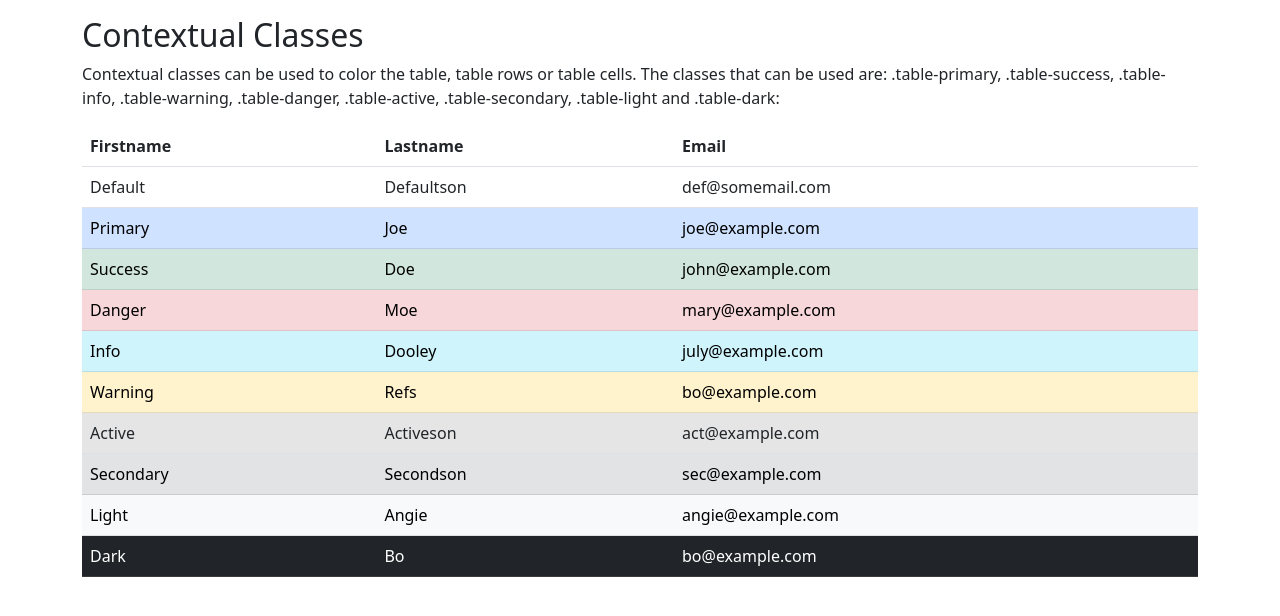
Repository: Hugh-KR/JSP_Project
Page: JSP_Project/src/main/webapp/product.html
These files come from the project's save history. The page is drawn as it stood at one moment and after the next save; the edit follows.
The browser window is 1280 px wide. The pictures show the whole page.

Above is the page before, as saved 2022-11-08 00:51:13.

### JSP_Project/src/main/webapp/product.html
<!DOCTYPE html>
<html>
<head>
<meta charset="UTF-8">
<title>Insert title here</title>
<!-- CDN방식으로 연결하자! -->
<meta name="viewport" content="width=device-width, initial-scale=1">
  <link href="https://cdn.jsdelivr.net/npm/bootstrap@5.2.2/dist/css/bootstrap.min.css"
  rel="stylesheet">
  <script src="https://cdn.jsdelivr.net/npm/bootstrap@5.2.2/dist/js/bootstrap.bundle.min.js"></script>
</head>
<div class="container mt-3">
  <h2>Contextual Classes</h2>
  <p>Contextual classes can be used to color the table, table rows or table cells. The classes that can be used are: .table-primary, .table-success, .table-info, .table-warning, .table-danger, .table-active, .table-secondary, .table-light and .table-dark:</p>
  <table class="table">
    <thead>
      <tr>
        <th>Firstname</th>
        <th>Lastname</th>
        <th>Email</th>
      </tr>
    </thead>
    <tbody>
      <tr>
        <td>Default</td>
        <td>Defaultson</td>
        <td>def@somemail.com</td>
      </tr>
      <tr class="table-primary">
        <td>Primary</td>
        <td>Joe</td>
        <td>joe@example.com</td>
      </tr>
      <tr class="table-success">
        <td>Success</td>
        <td>Doe</td>
        <td>john@example.com</td>
      </tr>
      <tr class="table-danger">
        <td>Danger</td>
        <td>Moe</td>
        <td>mary@example.com</td>
      </tr>
      <tr class="table-info">
        <td>Info</td>
        <td>Dooley</td>
        <td>july@example.com</td>
      </tr>
      <tr class="table-warning">
        <td>Warning</td>
        <td>Refs</td>
        <td>bo@example.com</td>
      </tr>
      <tr class="table-active">
        <td>Active</td>
        <td>Activeson</td>
        <td>act@example.com</td>
      </tr>
      <tr class="table-secondary">
        <td>Secondary</td>
        <td>Secondson</td>
        <td>sec@example.com</td>
      </tr>
      <tr class="table-light">
        <td>Light</td>
        <td>Angie</td>
        <td>angie@example.com</td>
      </tr>
      <tr class="table-dark">
        <td>Dark</td>
        <td>Bo</td>
        <td>bo@example.com</td>
      </tr>
    </tbody>
  </table>
</div>

</body>
</html>

After the next save:
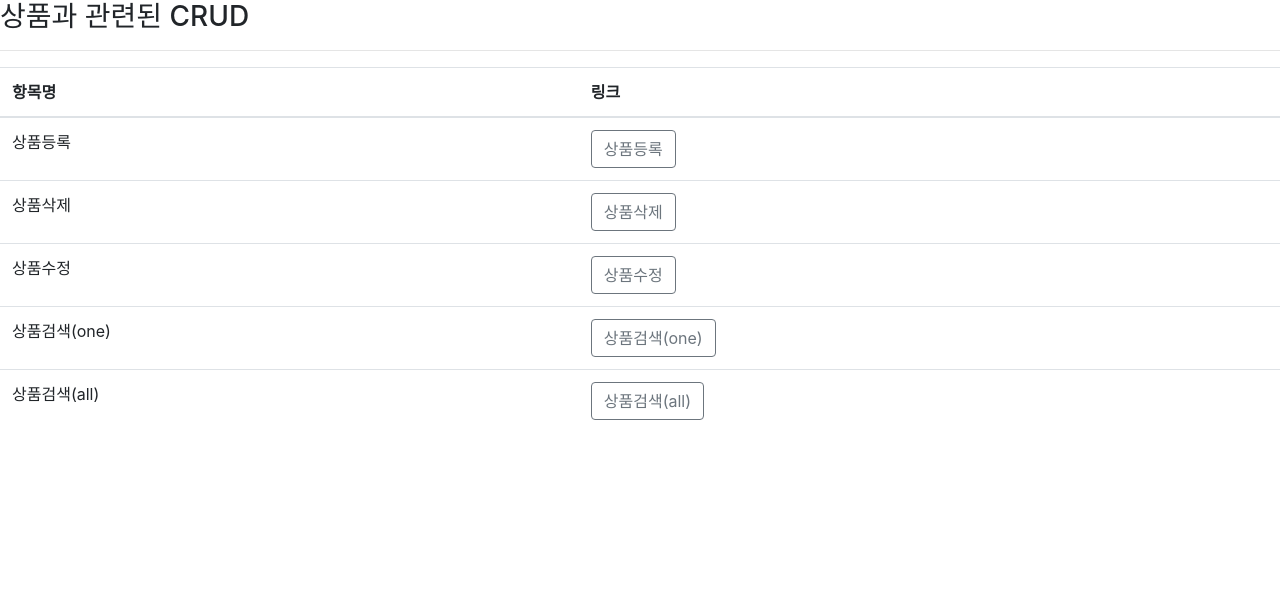
Saved 18 min 45 s later.
--- a/JSP_Project/src/main/webapp/product.html
+++ b/JSP_Project/src/main/webapp/product.html
@@ -4,76 +4,61 @@
 <meta charset="UTF-8">
 <title>Insert title here</title>
 <!-- CDN방식으로 연결하자! -->
-<meta name="viewport" content="width=device-width, initial-scale=1">
-  <link href="https://cdn.jsdelivr.net/npm/bootstrap@5.2.2/dist/css/bootstrap.min.css"
-  rel="stylesheet">
-  <script src="https://cdn.jsdelivr.net/npm/bootstrap@5.2.2/dist/js/bootstrap.bundle.min.js"></script>
+<link 	rel="stylesheet"
+		href="https://cdn.jsdelivr.net/npm/bootstrap@4.6.1/dist/css/bootstrap.min.css">
 </head>
-<div class="container mt-3">
-  <h2>Contextual Classes</h2>
-  <p>Contextual classes can be used to color the table, table rows or table cells. The classes that can be used are: .table-primary, .table-success, .table-info, .table-warning, .table-danger, .table-active, .table-secondary, .table-light and .table-dark:</p>
-  <table class="table">
+<body>
+<h3>상품과 관련된 CRUD</h3>
+<hr>
+<table class="table table-hover">
     <thead>
       <tr>
-        <th>Firstname</th>
-        <th>Lastname</th>
-        <th>Email</th>
+        <th>항목명</th>
+        <th>링크</th>
       </tr>
     </thead>
     <tbody>
       <tr>
-        <td>Default</td>
-        <td>Defaultson</td>
-        <td>def@somemail.com</td>
+        <td>상품등록</td>
+        <td>
+        	<a href="product_insert.html">
+        		<button class="btn btn-outline-secondary">상품등록</button>
+        	</a>
+        </td>
       </tr>
-      <tr class="table-primary">
-        <td>Primary</td>
-        <td>Joe</td>
-        <td>joe@example.com</td>
+      <tr>
+        <td>상품삭제</td>
+        <td>
+        	<a href="product_delete.html">
+        		<button class="btn btn-outline-secondary">상품삭제</button>
+        	</a>
+        </td>
       </tr>
-      <tr class="table-success">
-        <td>Success</td>
-        <td>Doe</td>
-        <td>john@example.com</td>
+       <tr>
+        <td>상품수정</td>
+        <td>
+        	<a href="product_update.html">
+        		<button class="btn btn-outline-secondary">상품수정</button>
+        	</a>
+        </td>
       </tr>
-      <tr class="table-danger">
-        <td>Danger</td>
-        <td>Moe</td>
-        <td>mary@example.com</td>
+       <tr>
+        <td>상품검색(one)</td>
+        <td>
+        	<a href="product_one.html">
+        		<button class="btn btn-outline-secondary">상품검색(one)</button>
+        	</a>
+        </td>
       </tr>
-      <tr class="table-info">
-        <td>Info</td>
-        <td>Dooley</td>
-        <td>july@example.com</td>
-      </tr>
-      <tr class="table-warning">
-        <td>Warning</td>
-        <td>Refs</td>
-        <td>bo@example.com</td>
-      </tr>
-      <tr class="table-active">
-        <td>Active</td>
-        <td>Activeson</td>
-        <td>act@example.com</td>
-      </tr>
-      <tr class="table-secondary">
-        <td>Secondary</td>
-        <td>Secondson</td>
-        <td>sec@example.com</td>
-      </tr>
-      <tr class="table-light">
-        <td>Light</td>
-        <td>Angie</td>
-        <td>angie@example.com</td>
-      </tr>
-      <tr class="table-dark">
-        <td>Dark</td>
-        <td>Bo</td>
-        <td>bo@example.com</td>
+       <tr>
+        <td>상품검색(all)</td>
+        <td>
+        	<a href="product_all.html">
+        		<button class="btn btn-outline-secondary">상품검색(all)</button>
+        	</a>
+        </td>
       </tr>
     </tbody>
   </table>
-</div>
-
 </body>
 </html>
